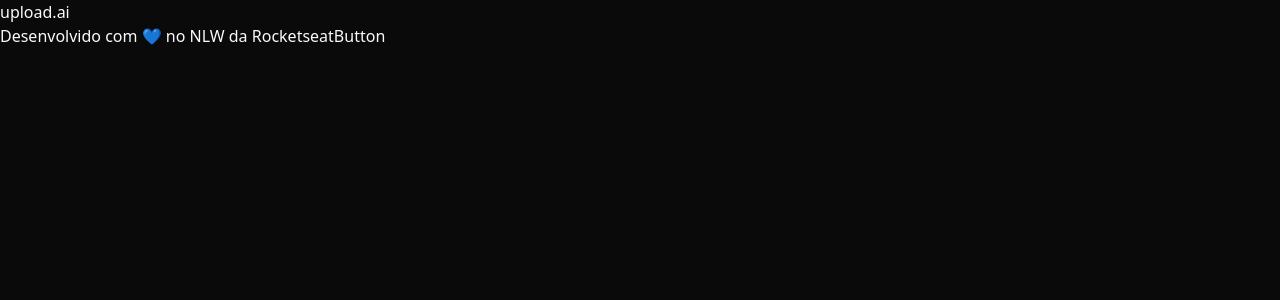
Repository: ricardolimati/upload-ai-web
Page: /
The author's editor kept a copy of each file at every save. The page is drawn from the files as they stood at one save, then again after a run of saves.
The browser window is 1280 px wide. The pictures show the whole page.
The project was rebuilt for these pictures with package versions that can differ from the ones it lists, and the page was loaded fresh each time. Also part of the build but not shown: vite.config.ts.

Above is the page before, as saved 2023-09-11 23:05:29.

After the next 3 saves:
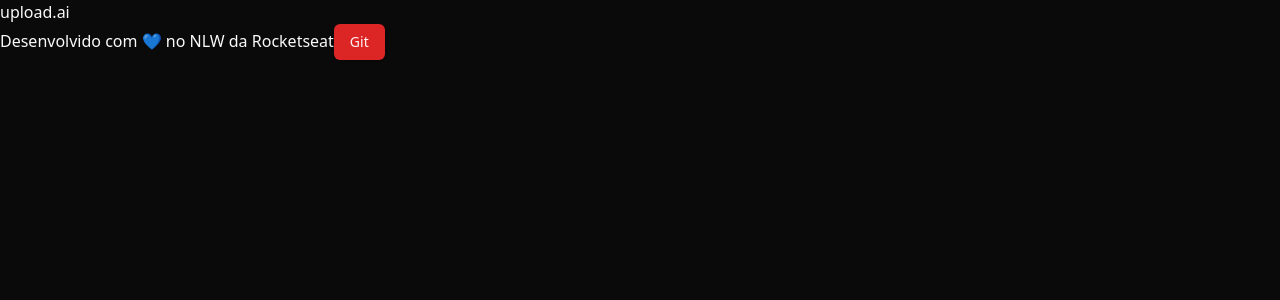
The 3 saves are shown as one change because 1 did not build or start and some came seconds apart.
The last was saved 14 s later.
--- a/src/App.tsx
+++ b/src/App.tsx
@@ -7,7 +7,7 @@ export function App() {
       <h1>upload.ai</h1>
       <div>
         <span>Desenvolvido com 💙 no NLW da Rocketseat</span>
-        Button
+        <Button>Git</Button>
       </div>
     </div>
    </div>
